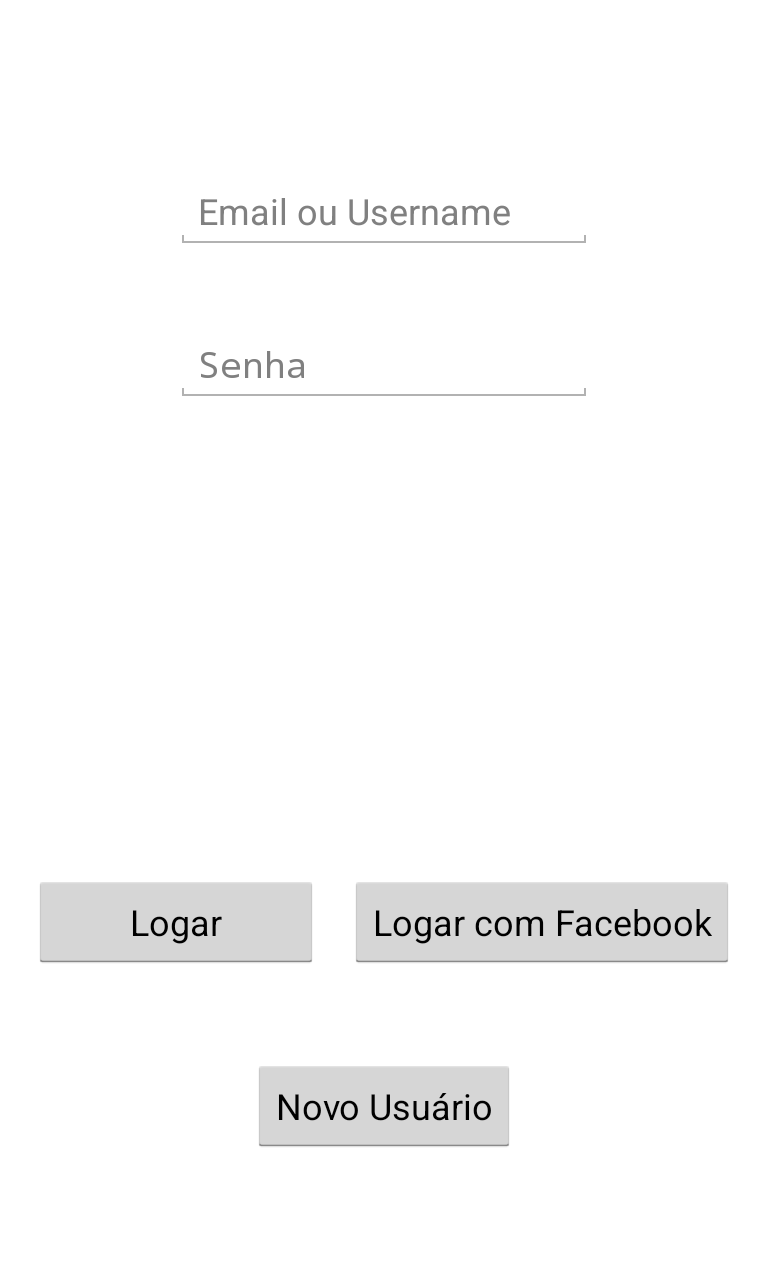
Repository: sergiofffilho/TrocandoIdeias
Layout: workspace/TrocandoIdeias/res/layout/activity_tela_login.xml
The author's editor kept a copy of each file at every save. The layout is drawn from the files as they stood at one save, then again after the next save.
It is drawn on a 768 x 1280 px phone screen (xhdpi) without system bars, with theme AppTheme; the app's code is not run. The app's manifest (not shown) leaves right-to-left support off. So textAlignment, textDirection and layoutDirection are ignored, and left and right values win over start and end ones.

Above is the layout before, as saved 2015-04-25 14:51:33.

After the next save:
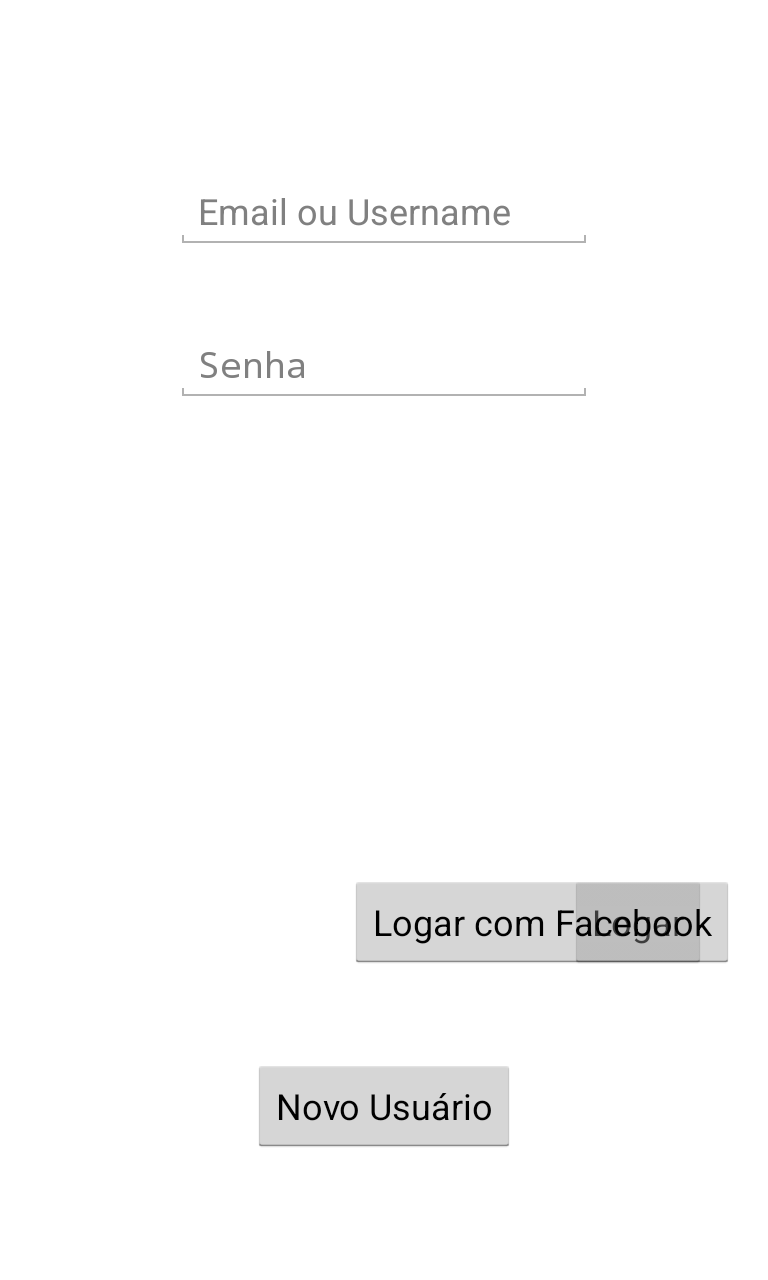
Saved 16 s later.
--- a/workspace/TrocandoIdeias/res/layout/activity_tela_login.xml
+++ b/workspace/TrocandoIdeias/res/layout/activity_tela_login.xml
@@ -43,10 +43,10 @@
         android:layout_width="wrap_content"
         android:layout_height="wrap_content"
         android:layout_above="@+id/button3"
-        android:layout_alignParentLeft="true"
+        android:layout_alignParentEnd="true"
         android:layout_marginBottom="44dp"
         android:layout_marginEnd="14dp"
-        android:layout_toLeftOf="@+id/button2"
+        android:layout_toStartOf="@+id/button2"
         android:layout_toStartOf="@+id/button3"
         android:text="@string/logar" />
 
